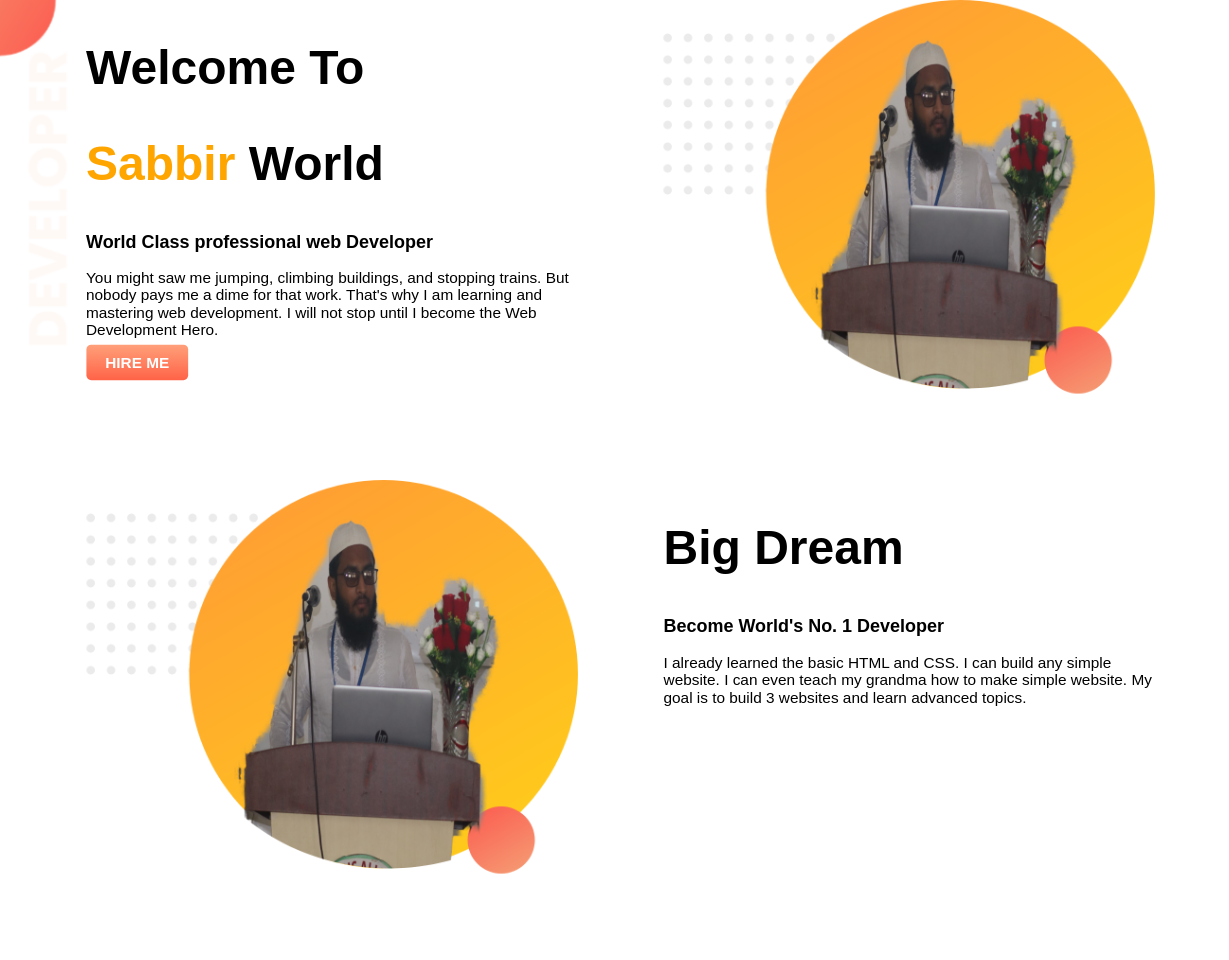
Repository: sabbircse3/web-protfolio
Page: index.html
These files come from the project's save history. The page is drawn as it stood at one moment and after a run of saves; the edit follows.
The browser window is 1280 px wide. The pictures show the whole page, at 96% of full size.

Above is the page before, as saved 2021-01-04 10:11:52.

After the next 3 saves:
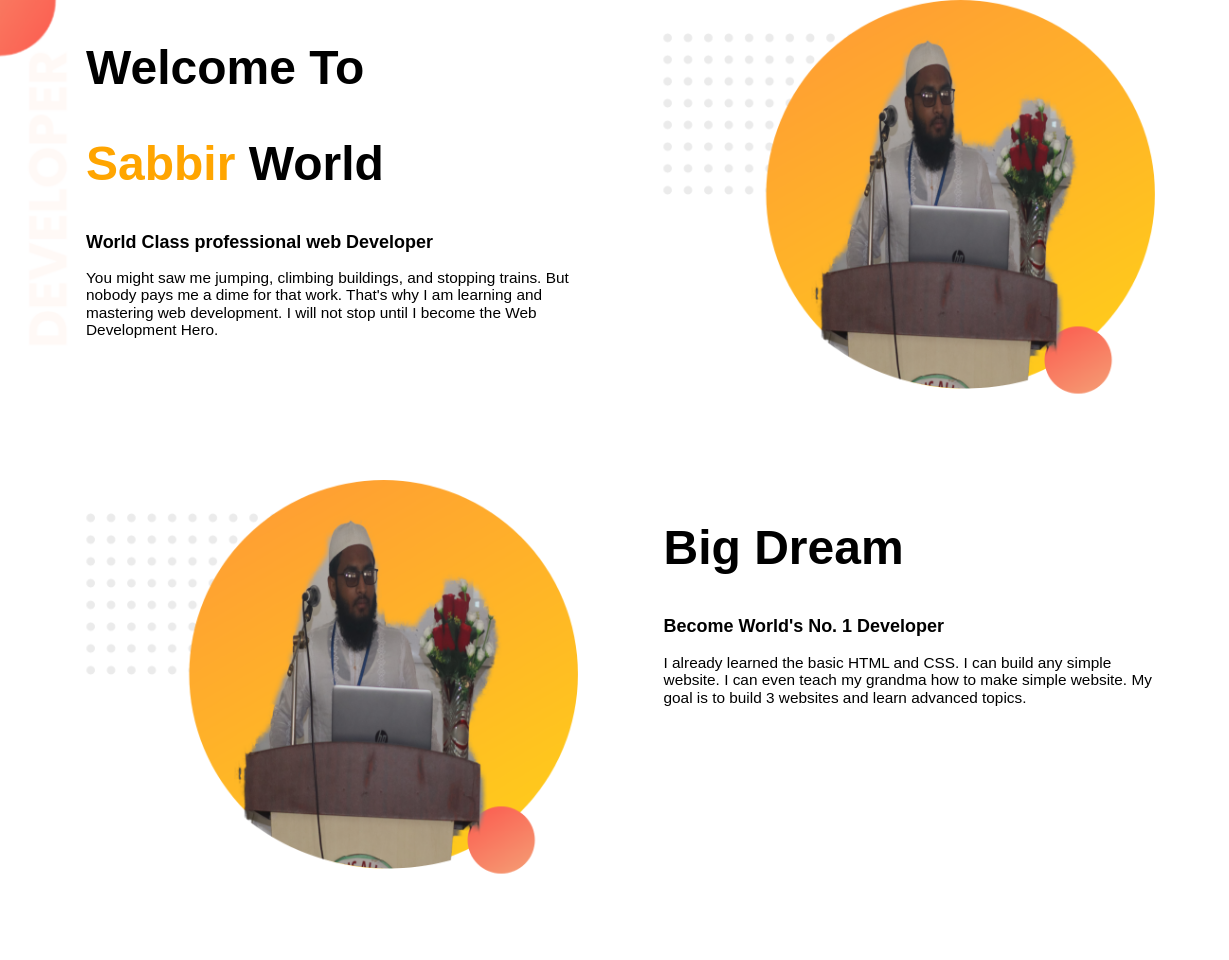
The 3 saves are shown as one change because they came seconds apart.
The last was saved 16 s later.
--- a/style.css
+++ b/style.css
@@ -26,7 +26,7 @@ section{
 }
 .link-button{
     text-decoration: none;
-    background-image: linear-gradient(lightSalmon, tomato);
+    background-image: linear-gradient(45 lightSalmon, tomato);
     padding: 10px 20px;
     border-radius: 5px;
     color: white;
